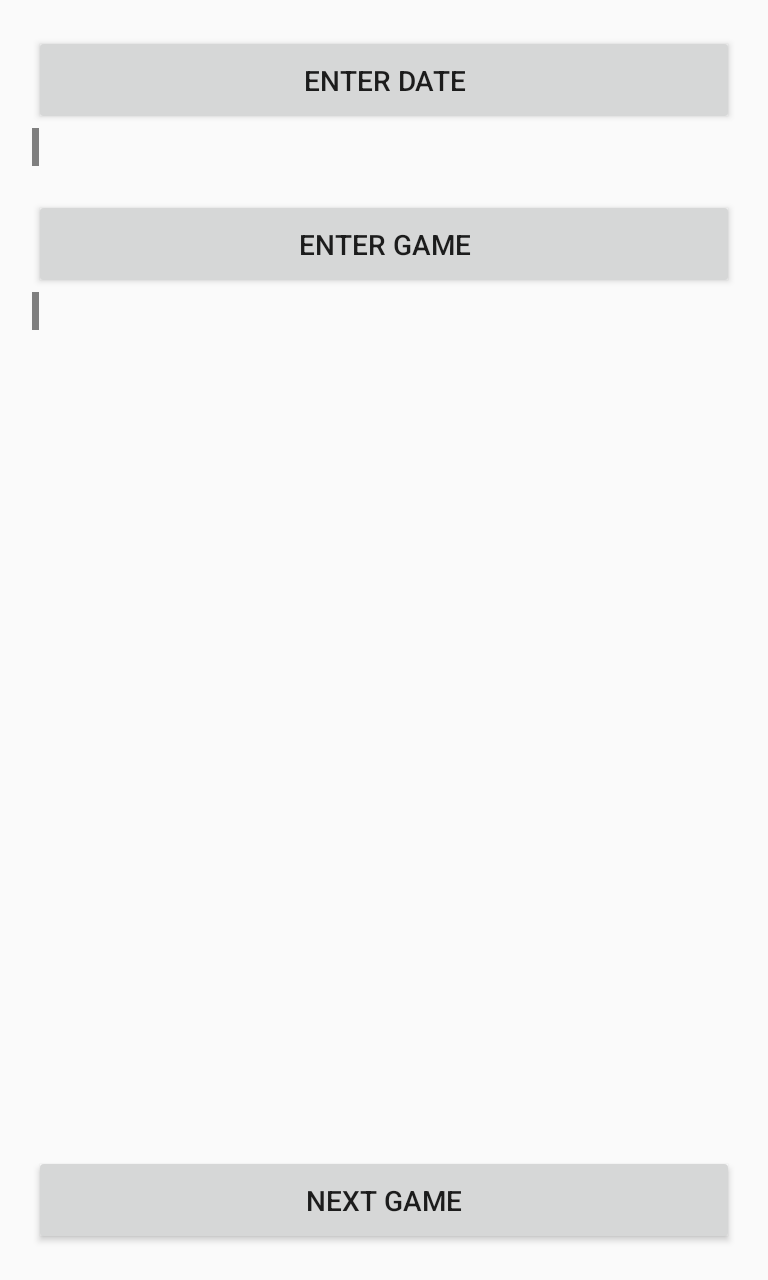
Repository: charlesweng/school
Layout: simpleandroidapps/GettingToKnowUIActivities/charleswengScoringProject/charleswengScoring/res/layout/fragment_main.xml
The author's editor kept a copy of each file at every save. The layout is drawn from the files as they stood at one save, then again after the next save.
Pictures or frames that could not be fetched are drawn as grey boxes. It is drawn on a 768 x 1280 px phone screen (xhdpi) without system bars, with theme AppTheme; the app's code is not run.

Above is the layout before, as saved 2014-04-26 08:20:46.

### simpleandroidapps/GettingToKnowUIActivities/charleswengScoringProject/charleswengScoring/res/layout/fragment_main.xml
<RelativeLayout xmlns:android="http://schemas.android.com/apk/res/android"
    xmlns:tools="http://schemas.android.com/tools"
    android:layout_width="match_parent"
    android:layout_height="match_parent"
    android:paddingBottom="@dimen/activity_vertical_margin"
    android:paddingLeft="@dimen/activity_horizontal_margin"
    android:paddingRight="@dimen/activity_horizontal_margin"
    android:paddingTop="@dimen/activity_vertical_margin"
    tools:context="com.example.charleswengscoring.MainActivity$PlaceholderFragment" >

     <Button
        android:id="@+id/datebutton"
        android:layout_width="fill_parent"
        android:layout_height="wrap_content"
        android:layout_alignParentTop="true"
        android:layout_centerHorizontal="true"
        android:text="@string/enter_date"
        android:onClick="showDatePickerDialog"/>



	<fragment
	    android:name="com.example.charleswengscoring.DateFragment"
	    android:id="@+id/fragment_date"
	    android:layout_width="wrap_content"
	    android:layout_height="wrap_content"
	    android:layout_below="@+id/datebutton"
	/>

    <Button
        android:id="@+id/gamebutton"
        android:layout_width="fill_parent"
        android:layout_height="wrap_content"
        android:layout_below="@+id/fragment_date"
        android:layout_marginTop="15dp"
        android:text="@string/enter_game" />

    <fragment
        android:name="com.example.charleswengscoring.TeamFragment"
        android:id="@+id/fragment_team"
        android:layout_width="wrap_content"
        android:layout_height="wrap_content"
        android:layout_below="@+id/gamebutton"
    />

    <Button
        android:id="@+id/nextbutton"
        android:layout_width="fill_parent"
        android:layout_height="wrap_content"
        android:layout_alignParentBottom="true"
        android:layout_centerHorizontal="true"
        android:text="@string/next_game" />




</RelativeLayout>

### simpleandroidapps/GettingToKnowUIActivities/charleswengScoringProject/charleswengScoring/res/values/strings.xml
<?xml version="1.0" encoding="utf-8"?>
<resources>

    <string name="app_name">charleswengScoring</string>
    <string name="hello_world">Hello world!</string>
    <string name="action_settings">Settings</string>
    <string name="enter_date">Enter Date</string>
    <string name="date">Date</string>
    <string name="enter_game">Enter Game</string>
    <string name="team_1">Team 1</string>
    <string name="team_2">Team 2</string>
    <string name="zero">0</string>
    <string name="next_game">Next Game</string>
    <string name="title_activity_date_picker">DatePicker</string>

</resources>

Loaded but not shown: simpleandroidapps/GettingToKnowUIActivities/charleswengScoringProject/charleswengScoring/res/values/styles.xml (common file); simpleandroidapps/GettingToKnowUIActivities/charleswengScoringProject/charleswengScoring/res/values-v11/styles.xml (common file); simpleandroidapps/GettingToKnowUIActivities/charleswengScoringProject/charleswengScoring/res/values-v14/styles.xml (common file); simpleandroidapps/GettingToKnowUIActivities/charleswengScoringProject/charleswengScoring/res/values/dimens.xml (common file); simpleandroidapps/GettingToKnowUIActivities/charleswengScoringProject/charleswengScoring/res/values-w820dp/dimens.xml (common file)

After the next save:
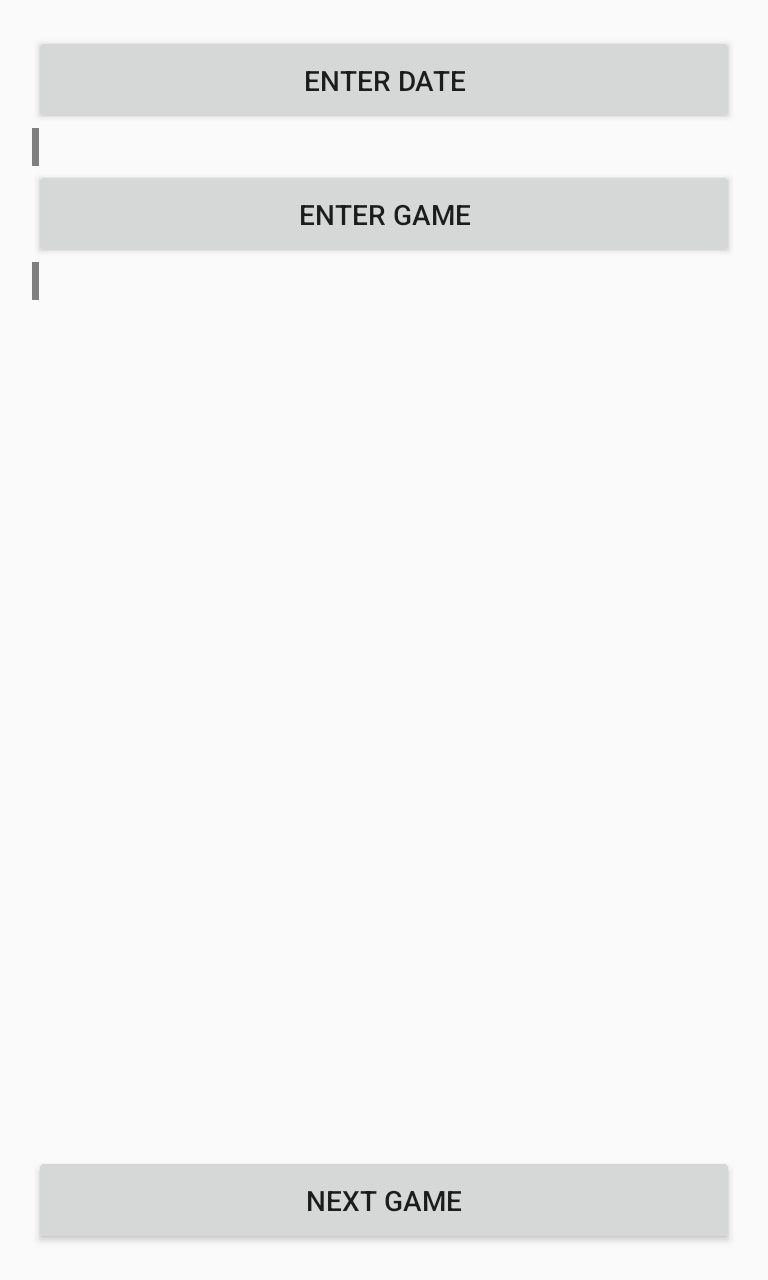
Saved 24 s later.
--- a/simpleandroidapps/GettingToKnowUIActivities/charleswengScoringProject/charleswengScoring/res/layout/fragment_main.xml
+++ b/simpleandroidapps/GettingToKnowUIActivities/charleswengScoringProject/charleswengScoring/res/layout/fragment_main.xml
@@ -32,7 +32,6 @@
         android:layout_width="fill_parent"
         android:layout_height="wrap_content"
         android:layout_below="@+id/fragment_date"
-        android:layout_marginTop="15dp"
         android:text="@string/enter_game" />
 
     <fragment
